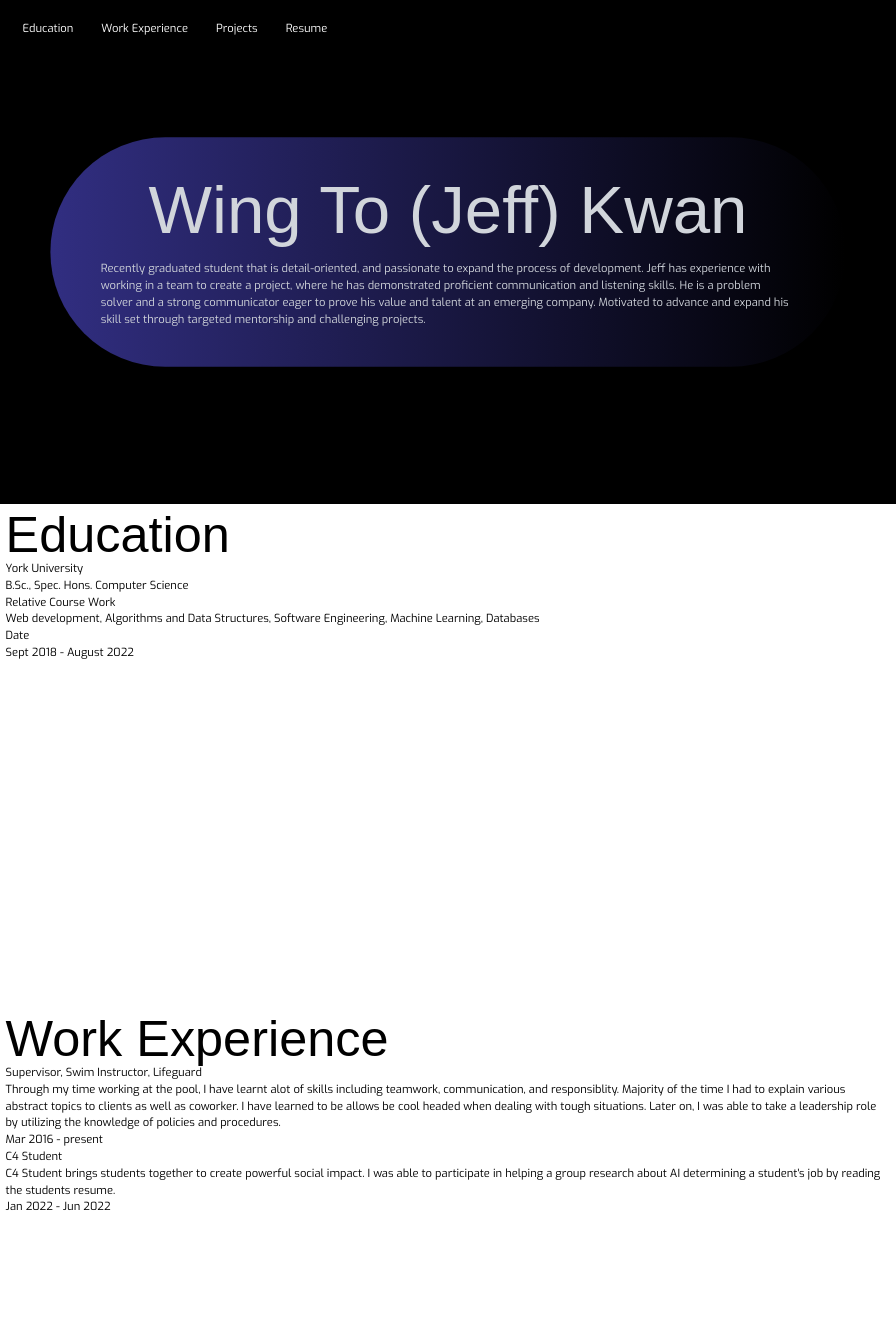
Repository: Jeffkw213/profile_website
Page: /
An editor plug-in stored every save of this project. The page is shown before and after the next save, followed by the edit.
The browser window is 1280 px wide. The pictures show the part of the page from y = 0 to 1920 px (the page is 2960 px tall), at 70% of full size.
Some web fonts or font styles are not loaded; a fallback is used. The project was rebuilt for these pictures with package versions that can differ from the ones it lists, and the page was loaded fresh each time. Also part of the build but not shown: vite.config.js.

Above is the page before, as saved 2022-09-26 14:43:13.

After the next save:
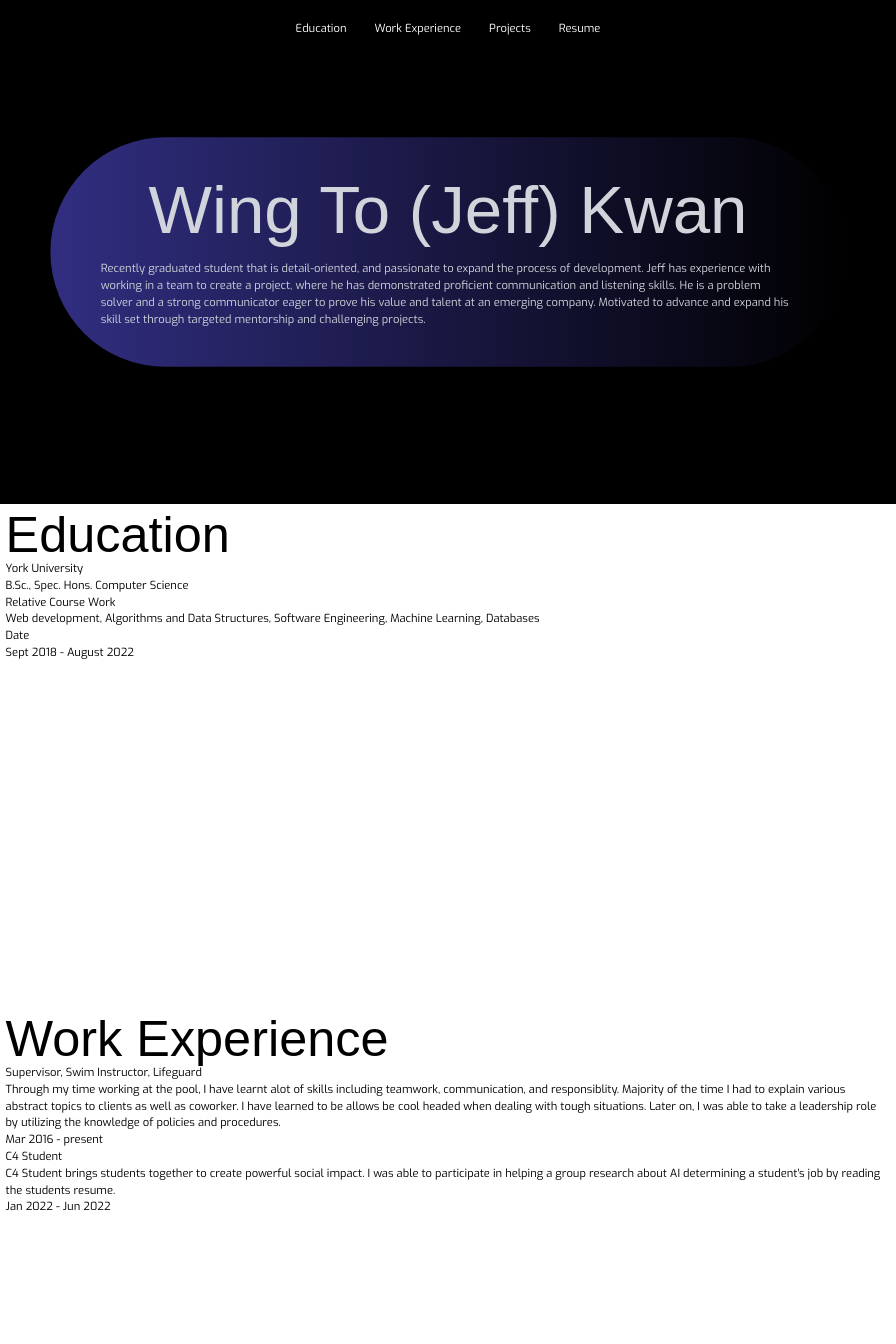
Saved 8 s later.
--- a/src/components/NavigationTop.jsx
+++ b/src/components/NavigationTop.jsx
@@ -1,7 +1,7 @@
 export default function ButtonNavi() {
   return (
     <header className="fixed flex w-full justify-between item-center px-4 md:px-12 h-24">
-      <nav className="p-3 text-center fixed left-0 ">
+      <nav className="p-3 text-center fixed left-0 right-0 min-h-screen">
         <button
           className="m-2 p-2 px-3 bg-black text-white rounded-full
       transition delay-150 duration-300 ease-in-out hover:scale-110"
